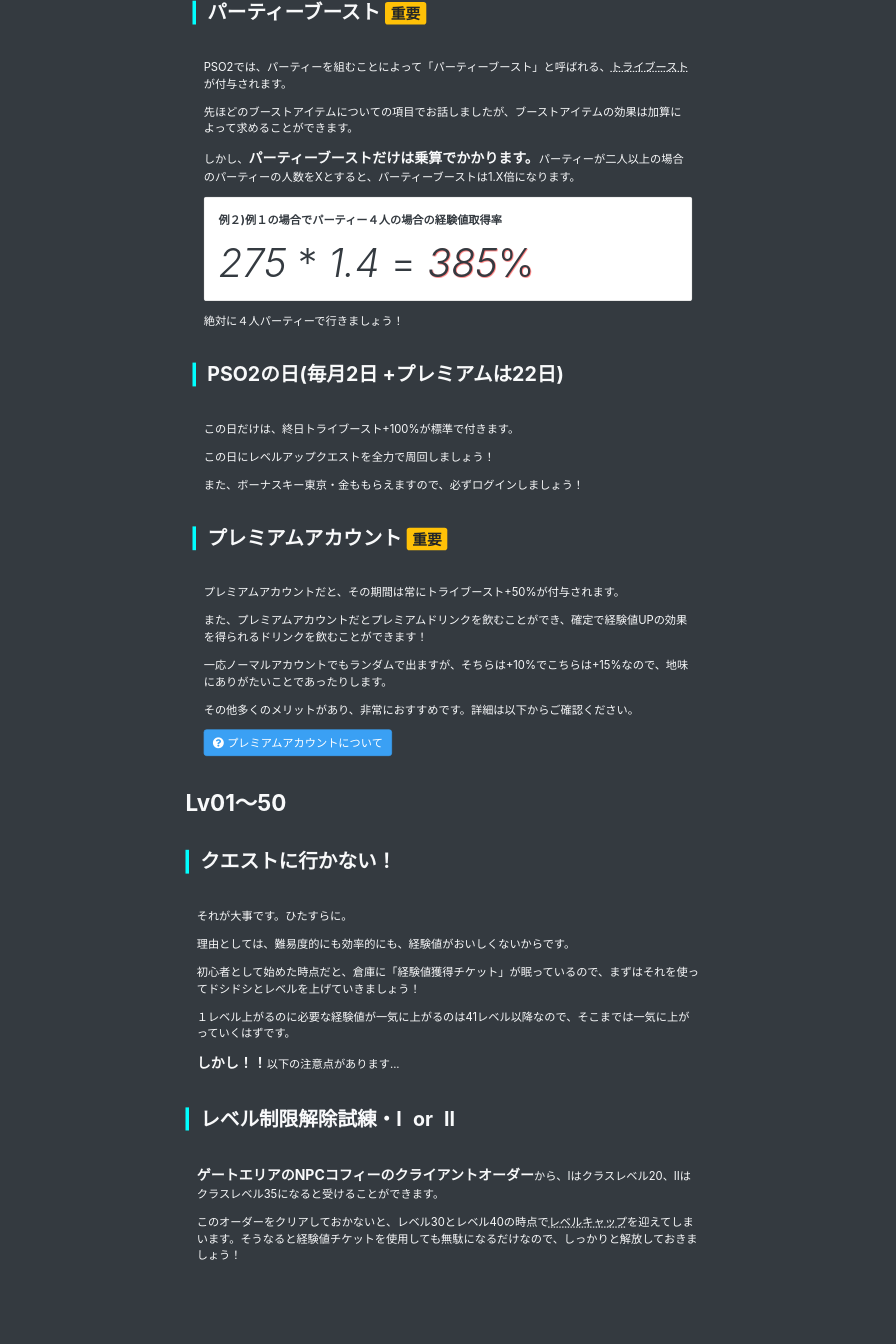
Repository: milkyahonpo/Website_source
Page: docs/capture.html
An editor plug-in stored every save of this project. The page is shown before and after the next save, followed by the edit.
The browser window is 1280 px wide. The pictures show the part of the page from y = 4580 to 6500 px (the page is 10304 px tall before and 10328 px after), at 70% of full size.
Some web libraries are served in a nearby version.

Above is the page before, as saved 2020-02-03 09:44:57.

After the next save:
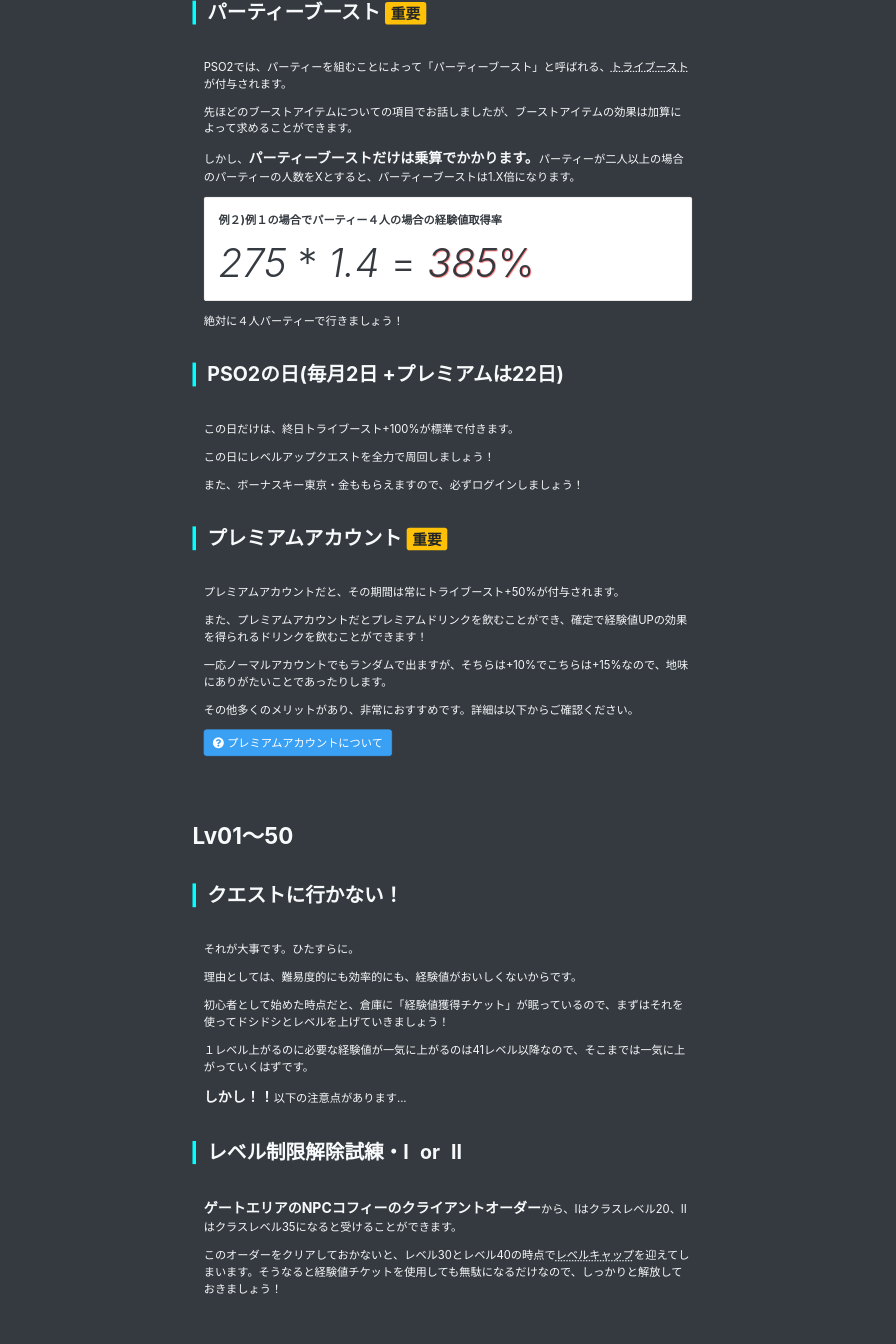
Saved 5 s later.
--- a/docs/capture.html
+++ b/docs/capture.html
@@ -170,7 +170,7 @@
             <a href="http://pso2.jp/players/manual/preparations/ac/#sys-manual-513"><button class="btn btn-primary"><i class="fas fa-question-circle"></i> プレミアムアカウントについて</button></a>
           </div>
         </div>
-      <//div>
+      </div>
       <div class="row py-5 justify-content-center" id="lv1-50">
         <div class="col-lg-8">
           <h2><b>Lv01～50</b></h2>
